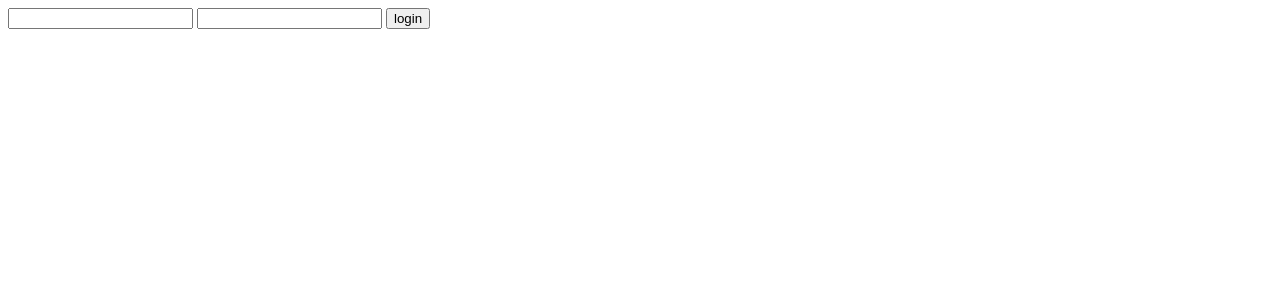
Repository: Aigio1064/FairyFox_Utility_codebase
Page: test.html
The author's editor kept a copy of each file at every save. The page is drawn from the files as they stood at one save, then again after the next save.
The browser window is 1280 px wide. The pictures show the whole page.

Above is the page before, as saved 2022-11-17 23:28:23.

### test.html
<!DOCTYPE html>
<html>
    <head>
        <title>TestPage</title>
    </head>
    <body>
        <input type="email">
        <input type="password">
        <input type="button" value="login">
    </body>
</html>

After the next save:
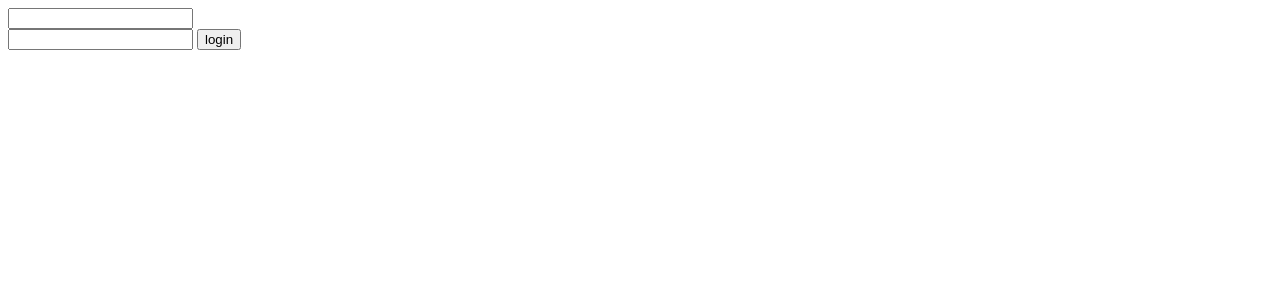
Saved 13 s later.
--- a/test.html
+++ b/test.html
@@ -4,7 +4,7 @@
         <title>TestPage</title>
     </head>
     <body>
-        <input type="email">
+        <input type="email"><br>
         <input type="password">
         <input type="button" value="login">
     </body>
